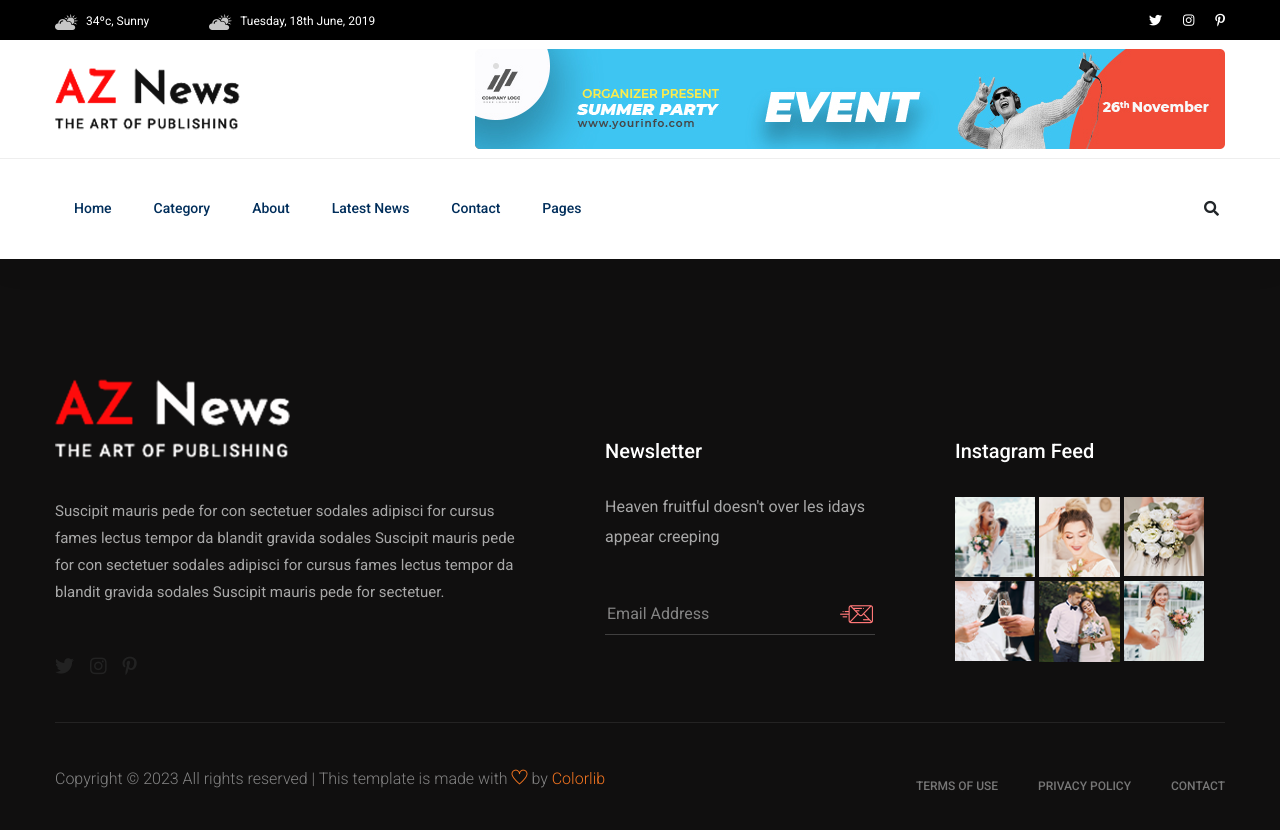
Repository: Sitnyein/laravel-vue-project
Page: public/index.html
An editor plug-in stored every save of this project. The page is shown before and after the next save, followed by the edit.
The browser window is 1280 px wide. The pictures show the whole page.

Above is the page before, as saved 2023-05-21 14:18:23.

After the next save:
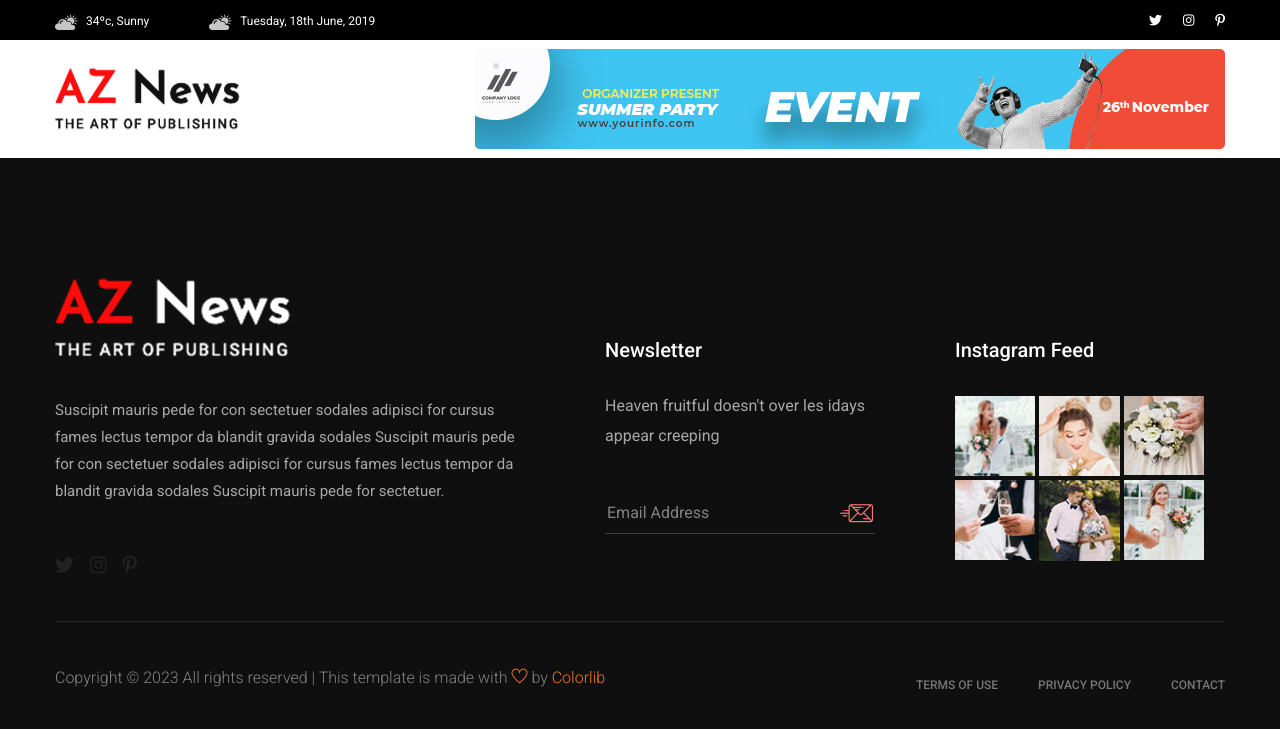
Saved 48 min 57 s later.
--- a/public/index.html
+++ b/public/index.html
@@ -97,53 +97,7 @@
                         </div>
                     </div>
                 </div>
-                <div class="header-bottom header-sticky">
-                    <div class="container">
-                        <div class="row align-items-center">
-                            <div class="col-xl-10 col-lg-10 col-md-12 header-flex">
-                                <!-- sticky -->
-                                <div class="sticky-logo">
-                                    <a href="index.html"><img src="assets/img/logo/logo.png" alt="" /></a>
-                                </div>
-                                <!-- Main-menu -->
-                                <div class="main-menu d-none d-md-block">
-                                    <nav>
-                                        <ul id="navigation">
-                                            <li><a href="index.html">Home</a></li>
-                                            <li><a href="categori.html">Category</a></li>
-                                            <li><a href="about.html">About</a></li>
-                                            <li><a href="latest_news.html">Latest News</a></li>
-                                            <li><a href="contact.html">Contact</a></li>
-                                            <li>
-                                                <a href="details.html">Pages</a>
-                                                <ul class="submenu">
-                                                    <li><a href="elements.html">Element</a></li>
-                                                    <li><a href="blog.html">Blog</a></li>
-                                                    <li><a href="single-blog.html">Blog Details</a></li>
-                                                    <li><a href="details.html">Categori Details</a></li>
-                                                </ul>
-                                            </li>
-                                        </ul>
-                                    </nav>
-                                </div>
-                            </div>
-                            <div class="col-xl-2 col-lg-2 col-md-4">
-                                <div class="header-right-btn f-right d-none d-lg-block">
-                                    <i class="fas fa-search special-tag"></i>
-                                    <div class="search-box">
-                                        <form action="details.html">
-                                            <input type="text" placeholder="Search" />
-                                        </form>
-                                    </div>
-                                </div>
-                            </div>
-                            <!-- Mobile Menu -->
-                            <div class="col-12">
-                                <div class="mobile_menu d-block d-md-none"></div>
-                            </div>
-                        </div>
-                    </div>
-                </div>
+
             </div>
         </div>
         <!-- Header End -->
